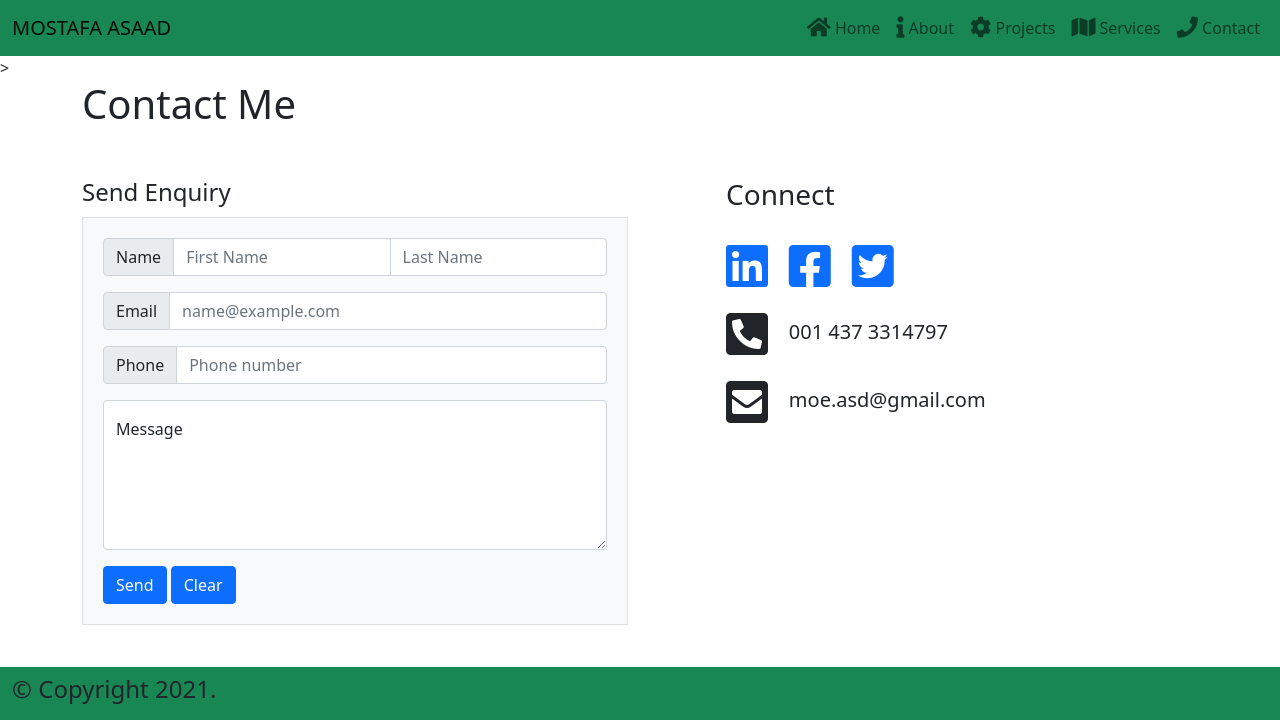
Repository: Mostafa-Asaad/Portfolio
Page: http://localhost/contact
An editor plug-in stored every save of this project. The page is shown before and after the next save, followed by the edit.
The browser window is 1280 px wide. The pictures show the whole page.
The page is served by the project's Node server (index.js). Other server files are loaded and not shown.

Above is the page before, as saved 2021-06-04 17:21:37.

### Server/Views/index.ejs
<!DOCTYPE html>
<html lang="en">
<head>
  <meta charset="UTF-8">
  <meta http-equiv="X-UA-Compatible" content="IE=edge">
  <meta name="viewport" content="width=device-width, initial-scale=1.0">
  <title><%= title %></title>
  <!-- CSS Section -->
  <link rel="stylesheet" href="/bootstrap/dist/css/bootstrap.min.css">
  <link rel="stylesheet" href="/@fortawesome/fontawesome-free/css/all.min.css">
  <link rel="stylesheet" href="/Content/app.css">
</head>
<body>
  <!-- Navigation Section -->
 <header>
  <%- include('./components/header.ejs') %>
 </header>

  <!--Main Content-->>
  <main>
    <%- include('./content/' + page + '.ejs') %>
  </main>

  <!-- Bottom Nav -->
  <footer>
    <%- include('./components/footer.ejs') %>
  </footer>

  <!-- JavaScript Section -->
  <script src="/jquery/dist/jquery.min.js"></script>
  <script src="/bootstrap/dist/js/bootstrap.min.js"></script>
  <script src="/Scripts/app.js"></script>
</body>
</html>

### Server/Views/components/header.ejs
<nav class="navbar navbar-expand-lg navbar-light bg-success">
    <div class="container-fluid">
      <a class="navbar-brand" href="#">MOSTAFA ASAAD</a>
      <button class="navbar-toggler" type="button" data-bs-toggle="collapse" data-bs-target="#navbarSupportedContent" aria-controls="navbarSupportedContent" aria-expanded="false" aria-label="Toggle navigation">
        <span class="navbar-toggler-icon"></span>
      </button>
      <div class="collapse navbar-collapse" id="navbarSupportedContent">
        <ul class="navbar-nav ms-auto mb-2 mb-lg-0">
          <li class="nav-item">
            <a class="nav-link" href="/home"><i class="fas fa-home fa-lg"></i> Home</a>
          </li>
          <li class="nav-item">
            <a class="nav-link" href="/about"><i class="fas fa-info fa-lg"></i> About</a>
          </li>
          <li class="nav-item">
            <a class="nav-link" href="/projects"><i class="fas fa-cog fa-lg"></i> Projects</a>
          </li>
          <li class="nav-item">
            <a class="nav-link" href="/services"><i class="fas fa-map fa-lg"></i> Services</a>
          </li>
          <li class="nav-item">
            <a class="nav-link" href="/contact"><i class="fas fa-phone fa-lg"></i> Contact</a>
          </li>
        </ul>
      </div>
    </div>
  </nav>

### Server/Views/content/contact.ejs

<!-- Page Title -->
<div class="container" style= "margin-bottom:50px;" >
  <h1>Contact Me</h1>
</div>

<!-- Message form -->

<div class="container">
  <div class="row align-items-start">
    <div class="col-6">
      <div style= "margin-bottom:10px;">
       <h4>Send Enquiry</h4>
      </div>
      <div class="col border border-bottom rounded-lg bg-light">
       <div style= "margin:20px;">
    <!-- First and last name -->
          <div class="input-group mb-3"  >
            <span class="input-group-text">Name</span>
            <input type="text" placeholder="First Name" aria-label="First name" class="form-control">
            <input type="text" placeholder="Last Name" aria-label="Last name" class="form-control">
          </div>
    <!-- email Form -->
          <div class="input-group flex-nowrap mb-3">
            <span class="input-group-text" id="addon-wrapping">Email</span>
            <input type="text" class="form-control" placeholder="name@example.com" aria-label="email address" aria-describedby="addon-wrapping">
           </div>
    <!-- Phone number -->
          <div class="input-group mb-3">
            <span class="input-group-text" id="inputGroup-sizing-default">Phone</span>
            <input type="text" placeholder="Phone number" class="form-control" aria-label="Sizing example input" aria-describedby="inputGroup-sizing-default">
          </div>
    <!-- Comments -->
          <div class="form-floating mb-3">
            <textarea class="form-control" placeholder="Leave a comment here" id="floatingTextarea2" style="height: 150px"></textarea>
            <label for="floatingTextarea2">Message</label>
          </div>
    <!-- Click Buttons -->
          <input class="btn btn-primary" type="submit" value="Send" >
          <input class="btn btn-primary" type="submit" value="Clear" >
        </div>
      </div>
    </div>
  <!-- Connect Buttons -->
    <div class="col">
      <div class="container-fluid ">
        <div style= "margin-left:50px;">
          <div style= "margin-bottom:30px;">
            <h3>Connect</h3>
          </div>
          <div class="row align-items-start" style= "margin-bottom:20px;">
            <div class="col-2">
              <a class="link" href="https://www.linkedin.com/in/mostafa-asaad/"><i class="fab fa-linkedin fa-3x"></i></a>
            </div>
            <div class="col-2">
              <a class="link" href="https://www.facebook.com/"><i class="fab fa-facebook-square fa-3x"></i></a>
            </div>
            <div class="col-2">
              <a class="link" href="https://twitter.com/Moe_Asd"><i class="fab fa-twitter-square fa-3x"></i></a>
            </div>
          </div>
          <div class="row align-items-start" style= "margin-bottom:20px;">
            <div class="col-2 margin-bottom:30px">
              <i class="fas fa-phone-square-alt fa-3x"></i>
            </div>
            <div class="col-6" style= "margin-top:10px;">
              <h5>001 437 3314797</h5>
            </div>
          </div>
          <div class="row align-items-start" style= "margin-bottom:20px;">
            <div class="col-2 margin-bottom:30px">
              <i class="fas fa-envelope-square fa-3x"></i>
            </div>
            <div class="col-6" style= "margin-top:10px;">
              <h5>moe.asd@gmail.com</h5>
            </div>
          </div>
        </div>
      </div>
    </div>
    <div class="col-1">
    </div>
  </div>
 </div>

### Server/Views/components/footer.ejs
<nav class="navbar fixed-bottom navbar-success bg-success">
    <div class="container-fluid">
      <h4>&copy; Copyright 2021.</h4>
    </div>
  </nav>

### index.js
#!/usr/bin/env node
"use strict";
var __importDefault = (this && this.__importDefault) || function (mod) {
    return (mod && mod.__esModule) ? mod : { "default": mod };
};
Object.defineProperty(exports, "__esModule", { value: true });
const app_1 = __importDefault(require("./Server/Config/app"));
const debug_1 = __importDefault(require("debug"));
debug_1.default('week-4d:server');
const http_1 = __importDefault(require("http"));
let port = normalizePort(process.env.PORT || '3000');
app_1.default.set('port', port);
let server = http_1.default.createServer(app_1.default);
server.listen(port);
server.on('error', onError);
server.on('listening', onListening);
function normalizePort(val) {
    let port = parseInt(val, 10);
    if (isNaN(port)) {
        return val;
    }
    if (port >= 0) {
        return port;
    }
    return false;
}
function onError(error) {
    if (error.syscall !== 'listen') {
        throw error;
    }
    var bind = typeof port === 'string'
        ? 'Pipe ' + port
        : 'Port ' + port;
    switch (error.code) {
        case 'EACCES':
            console.error(bind + ' requires elevated privileges');
            process.exit(1);
            break;
        case 'EADDRINUSE':
            console.error(bind + ' is already in use');
            process.exit(1);
            break;
        default:
            throw error;
    }
}
function onListening() {
    let addr = server.address();
    let bind = typeof addr === 'string'
        ? 'pipe ' + addr
        : 'port ' + addr.port;
    debug_1.default('Listening on ' + bind);
}
//# sourceMappingURL=index.js.map

### Server/Routes/index.js
"use strict";
var __importDefault = (this && this.__importDefault) || function (mod) {
    return (mod && mod.__esModule) ? mod : { "default": mod };
};
Object.defineProperty(exports, "__esModule", { value: true });
const express_1 = __importDefault(require("express"));
const router = express_1.default.Router();
exports.default = router;
router.get('/', function (req, res, next) {
    res.render('index', { title: 'Home', page: 'home' });
});
router.get('/home', function (req, res, next) {
    res.render('index', { title: 'Home', page: 'home' });
});
router.get('/about', function (req, res, next) {
    res.render('index', { title: 'About Us', page: 'about' });
});
router.get('/projects', function (req, res, next) {
    res.render('index', { title: 'Our Projects', page: 'projects' });
});
router.get('/services', function (req, res, next) {
    res.render('index', { title: 'Our Services', page: 'services' });
});
router.get('/contact', function (req, res, next) {
    res.render('index', { title: 'Contact Us', page: 'contact' });
});
//# sourceMappingURL=index.js.map

### Client/Content/app.css
/* your custom css goes here */

### Client/Scripts/app.js
"use strict";
(function () {
    function Start() {
        console.log("App Started");
    }
    window.addEventListener("load", Start);
})();
//# sourceMappingURL=app.js.map

After the next save:
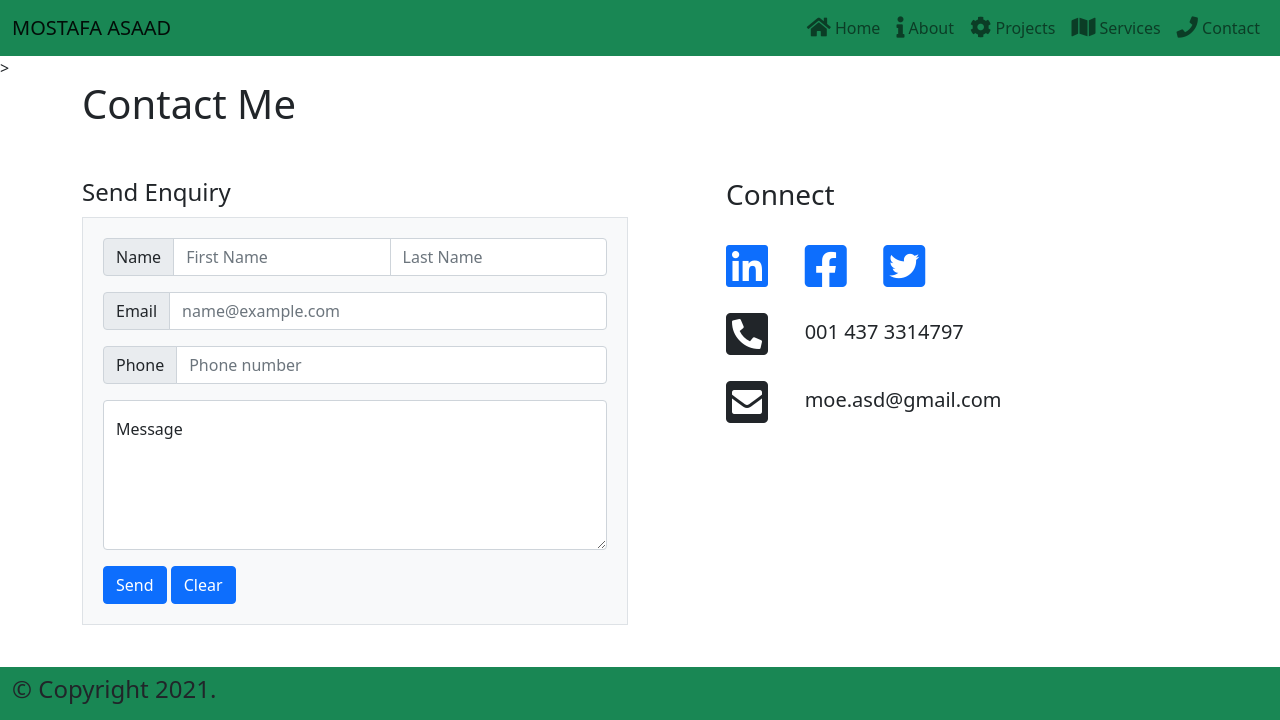
Saved 31 s later.
--- a/Server/Views/content/contact.ejs
+++ b/Server/Views/content/contact.ejs
@@ -78,7 +78,5 @@
         </div>
       </div>
     </div>
-    <div class="col-1">
-    </div>
   </div>
  </div>

After the 2 saves that followed:
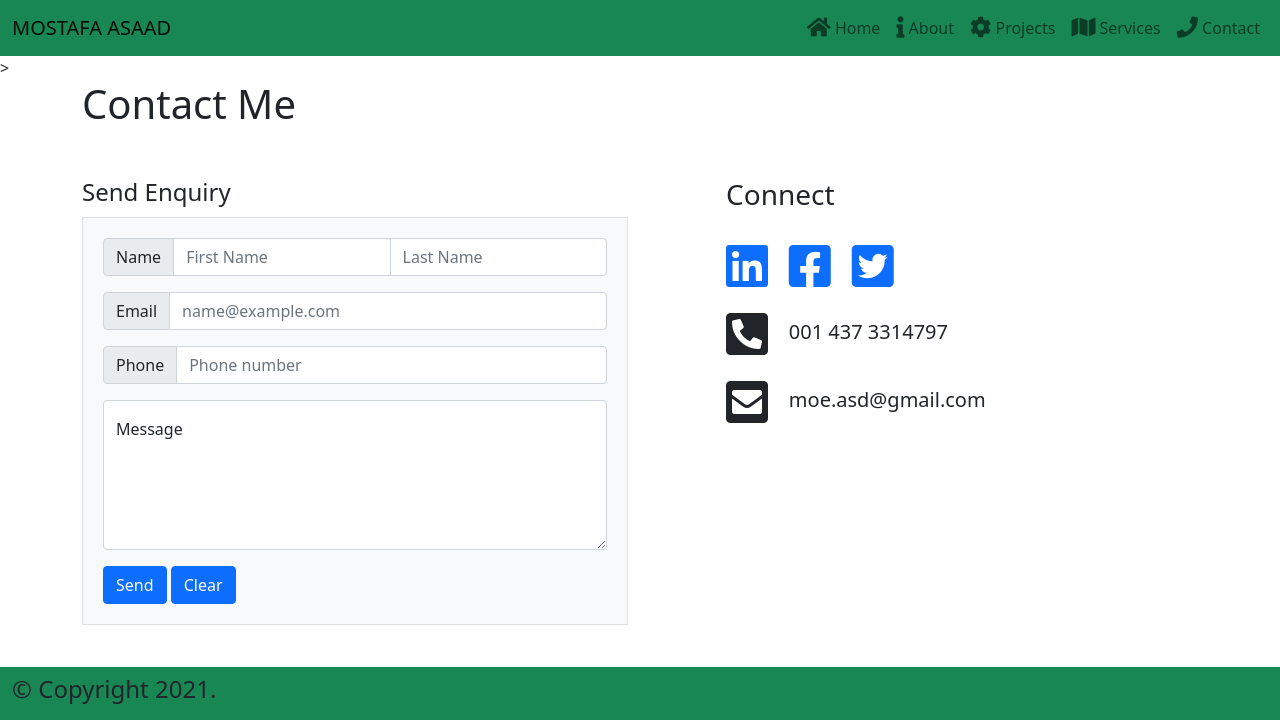
The 2 saves are shown as one change because 1 left the picture as it was.
The last was saved 17 s later.
--- a/Server/Views/content/contact.ejs
+++ b/Server/Views/content/contact.ejs
@@ -42,7 +42,7 @@
       </div>
     </div>
   <!-- Connect Buttons -->
-    <div class="col">
+    <div class="col-5">
       <div class="container-fluid ">
         <div style= "margin-left:50px;">
           <div style= "margin-bottom:30px;">
